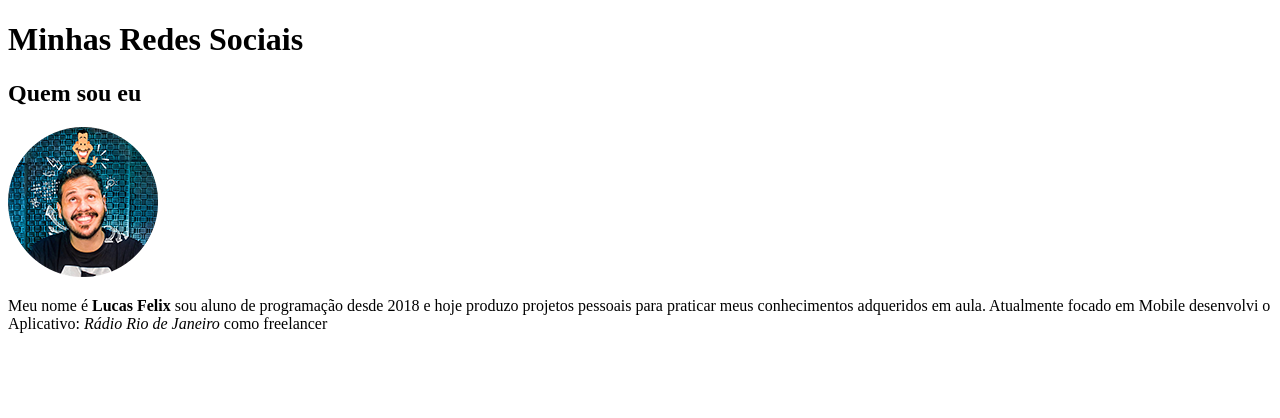
Repository: pheonix5/Estudo
Page: html-css/desafio/d005/index.html
An editor plug-in stored every save of this project. The page is shown before and after the next save, followed by the edit.
The browser window is 1280 px wide. The pictures show the whole page.

Above is the page before, as saved 2023-08-02 20:05:09.

### html-css/desafio/d005/index.html
<!DOCTYPE html>
<html lang="pt-br">
<head>
  <meta charset="UTF-8">
  <meta name="viewport" content="width=device-width, initial-scale=1.0">
  <link rel="shortcut icon" href="imagens/favicon-32x32.png" type="image/x-icon">
  <title>Social</title>
</head>
<body>
  <h1>Minhas Redes Sociais</h1>
  <h2>Quem sou eu</h2>
  <img src="imagens/foto-perfil-guanabara.png" alt="Foto-Perfil">
  <p>Meu nome é <strong>Lucas Felix</strong> sou aluno de programação desde 2018 e hoje produzo projetos pessoais para praticar meus conhecimentos adqueridos em aula. Atualmente focado em Mobile desenvolvi o Aplicativo: <em>Rádio Rio de Janeiro</em> como freelancer</p>
  </body>
</html>

After the next save:
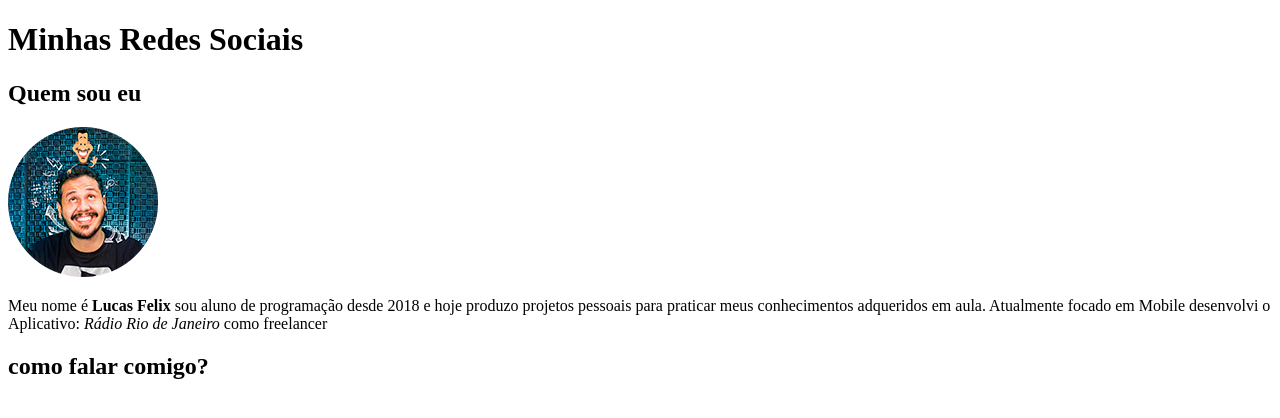
Saved 38 s later.
--- a/html-css/desafio/d005/index.html
+++ b/html-css/desafio/d005/index.html
@@ -11,5 +11,6 @@
   <h2>Quem sou eu</h2>
   <img src="imagens/foto-perfil-guanabara.png" alt="Foto-Perfil">
   <p>Meu nome é <strong>Lucas Felix</strong> sou aluno de programação desde 2018 e hoje produzo projetos pessoais para praticar meus conhecimentos adqueridos em aula. Atualmente focado em Mobile desenvolvi o Aplicativo: <em>Rádio Rio de Janeiro</em> como freelancer</p>
+  <h2>como falar comigo?</h2>
   </body>
 </html>
